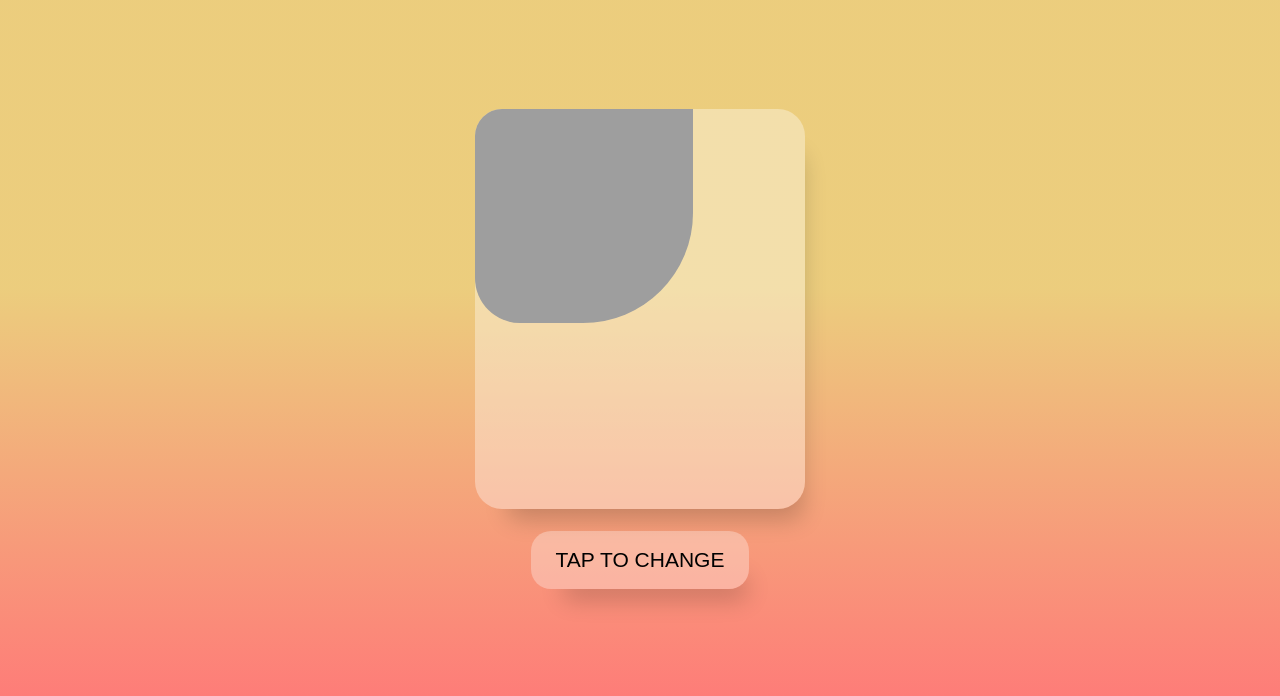
Repository: ThanhThn/profile
Page: index.html
An editor plug-in stored every save of this project. The page is shown before and after the next save, followed by the edit.
The browser window is 1280 px wide. The pictures show the whole page.
Pictures or frames that could not be fetched are drawn as grey boxes. Some web fonts or font styles are not loaded; a fallback is used.

Above is the page before, as saved 2022-12-05 19:18:51.

### index.html
<!DOCTYPE html>
<html lang="en">
<head>
    <meta charset="UTF-8">
    <meta http-equiv="X-UA-Compatible" content="IE=edge">
    <meta name="viewport" content="width=device-width, initial-scale=1.0">
    <title>Document</title>
    <link rel="stylesheet" href="style.css">
</head>
<body>
    <div class="container">
        <div class="content">
            <img src="avata.jpg" alt="avatar">
        </div>
        <button class="btn">tap to change</button>
    </div>
</body>
</html>

### style.css
@import url('https://fonts.googleapis.com/css2?family=Kodchasan:wght@700&family=Pacifico&display=swap');
*{
    padding: 0;
    margin: 0;
    box-sizing: border-box;
}

body{
    background:  linear-gradient( to bottom, rgba(223, 172,39,60%) 40%, rgba(255,22,22,58%) 100% );
    width: 100%;
    height: 100vh;
}
.container{
    position: absolute;
    top: 50%;
    left: 50%;
    transform: translate(-50%, -50%);
    display: flex;
    flex-direction: column;
    align-items: center;
}

.content{
    width: 330px;
    height: 400px;
    background: rgba(255, 255, 255, 35%);
    border-radius: 27px;
    box-shadow: rgba(0, 0, 0, .2) 15px 28px 25px -18px;
}

img{
    width: 218px;
    height: 214px;
    border-radius: 27px 0 110px 45px;
    object-fit: cover;
}

.btn{
    background: rgba(255, 255, 255, .3);
    width: 218px;
    height: 58px;
    border-radius: 20px;
    border: none;
    margin: 22px;
    font-family: 'Kodchasan', sans-serif;
    font-size: 21px;
    text-transform: uppercase;
    box-shadow: rgba(0, 0, 0, .2) 15px 28px 25px -18px;
    background-position: 0 90%;
    background-repeat: repeat no-repeat;

}

.btn:hover {
    box-shadow: rgba(0, 0, 0, .3) 2px 8px 8px -5px;
    transform: translate3d(0, 2px, 0);
}


.btn:focus {
  box-shadow: rgba(0, 0, 0, .3) 2px 8px 4px -6px;
}

After the next save:
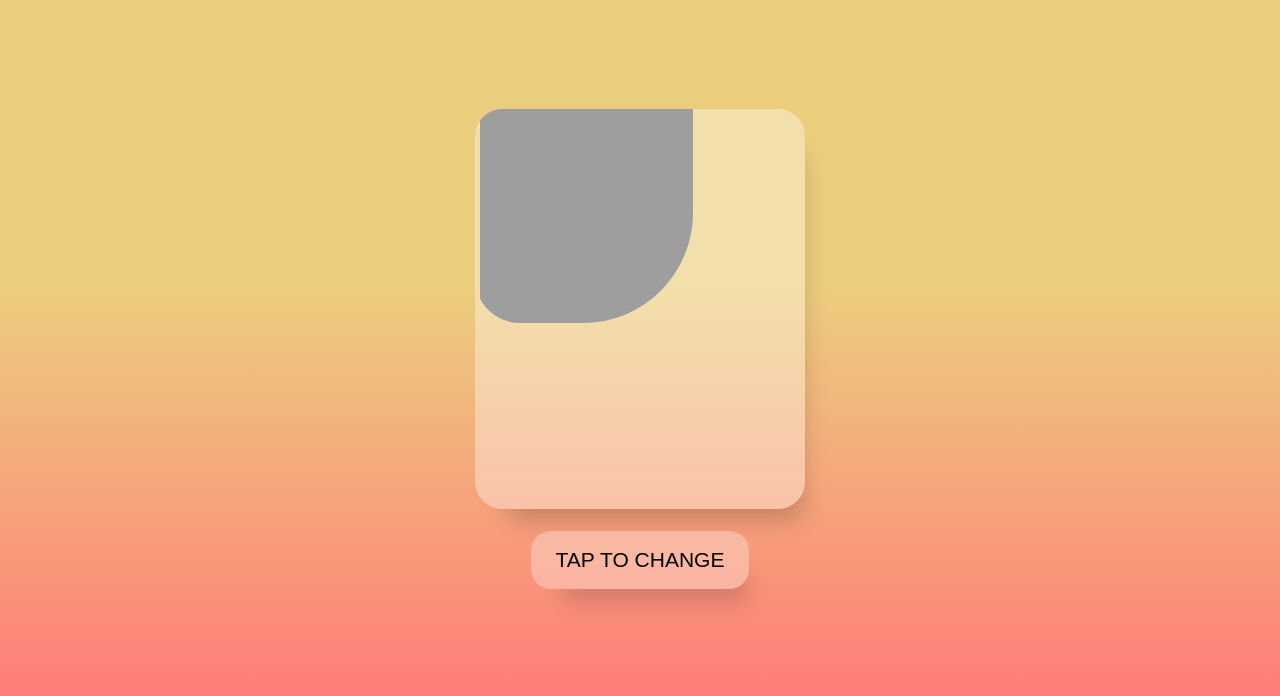
Saved 53 s later.
--- a/style.css
+++ b/style.css
@@ -33,6 +33,7 @@
     height: 214px;
     border-radius: 27px 0 110px 45px;
     object-fit: cover;
+    object-position: 5px 0;
 }
 
 .btn{

After the save that followed:
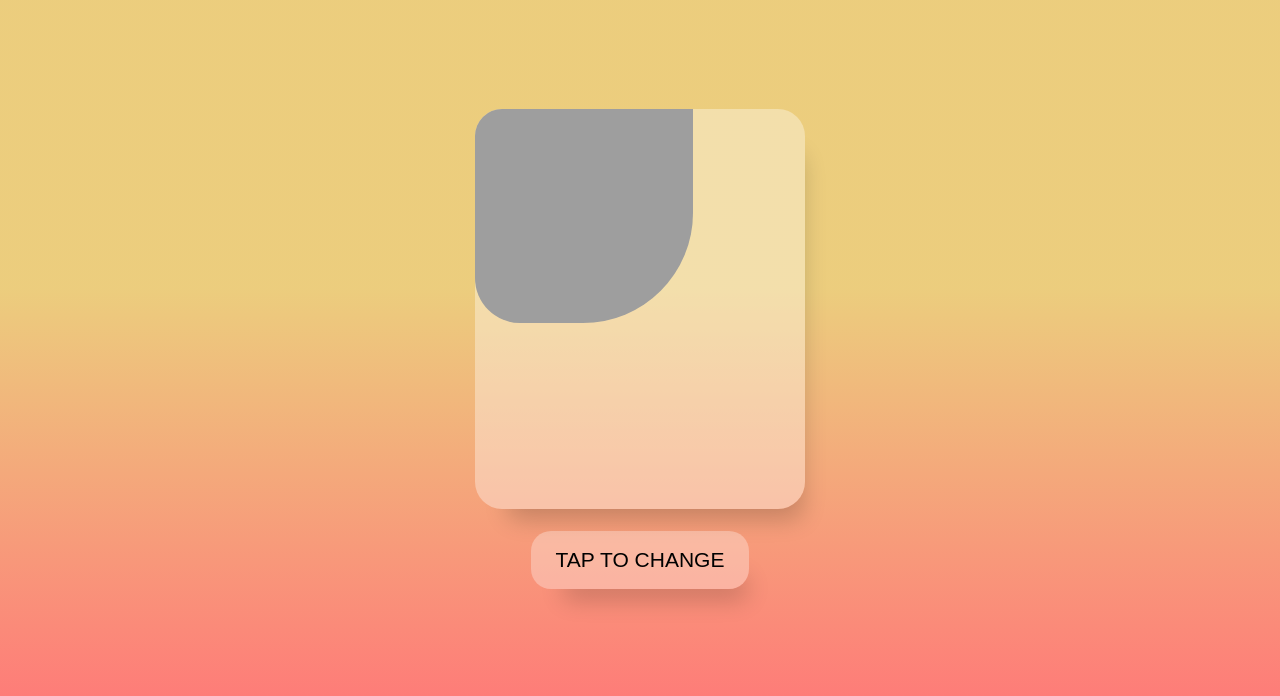
Saved 11 s later.
--- a/style.css
+++ b/style.css
@@ -33,7 +33,7 @@
     height: 214px;
     border-radius: 27px 0 110px 45px;
     object-fit: cover;
-    object-position: 5px 0;
+    object-position: ;
 }
 
 .btn{
